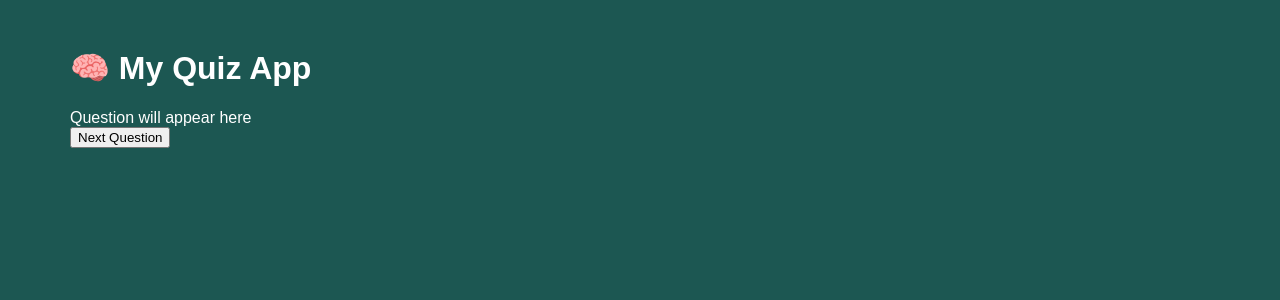
Repository: fatimaqueen9967-eng/SyntacexhubQuizApp
Page: index.html
An editor plug-in stored every save of this project. The page is shown before and after the next save, followed by the edit.
The browser window is 1280 px wide. The pictures show the whole page.

Above is the page before, as saved 2026-03-15 06:48:23.
Not found: script.js

After the next save:
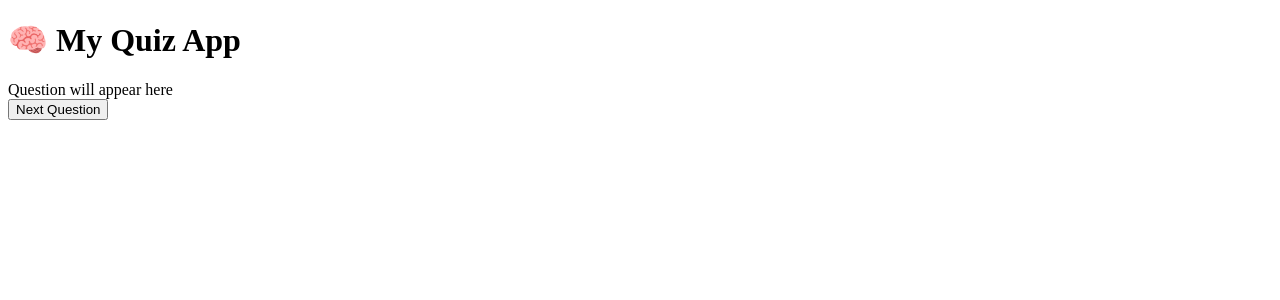
Saved 4 s later.
--- a/style.css
+++ b/style.css
@@ -1,4 +1,4 @@
-body{
+/* body{
     background-color: #1c5752;
     font-family: Arial, sans-serif;
     margin-left: 50px;
@@ -8,7 +8,7 @@
     align-items: center;
 }
 h1 {
-    align-items: center;
+    align-items: center; */
     /* color: #333; */
 /* }
 .box{ */
